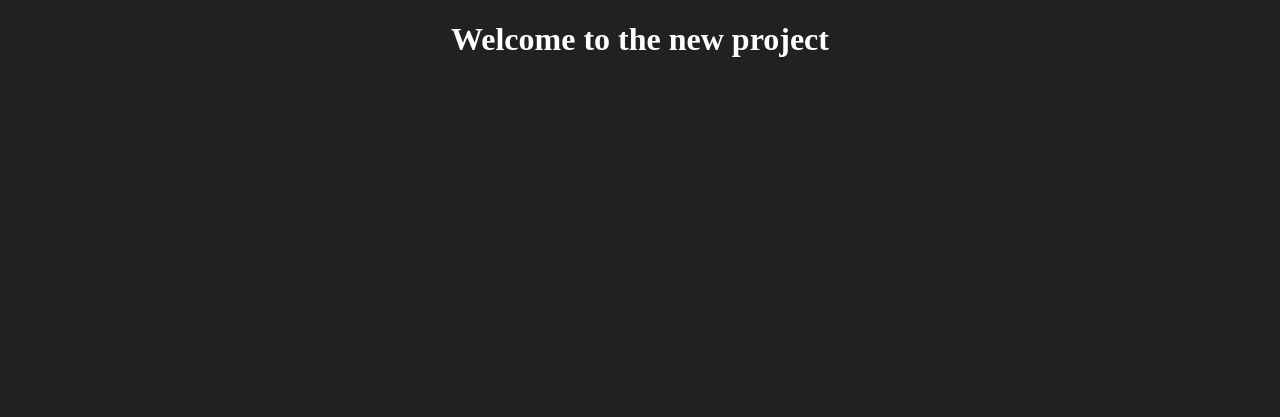
Repository: ghostofweb/spring-and-servlet
Page: http://localhost/sarvlet/
These files come from the project's save history. The page is drawn as it stood at one moment and after the next save; the edit follows.
The browser window is 1280 px wide. The pictures show the whole page.
The page is served by Tomcat 9.

Above is the page before, as saved 2025-06-22 13:33:09.

After the next save:
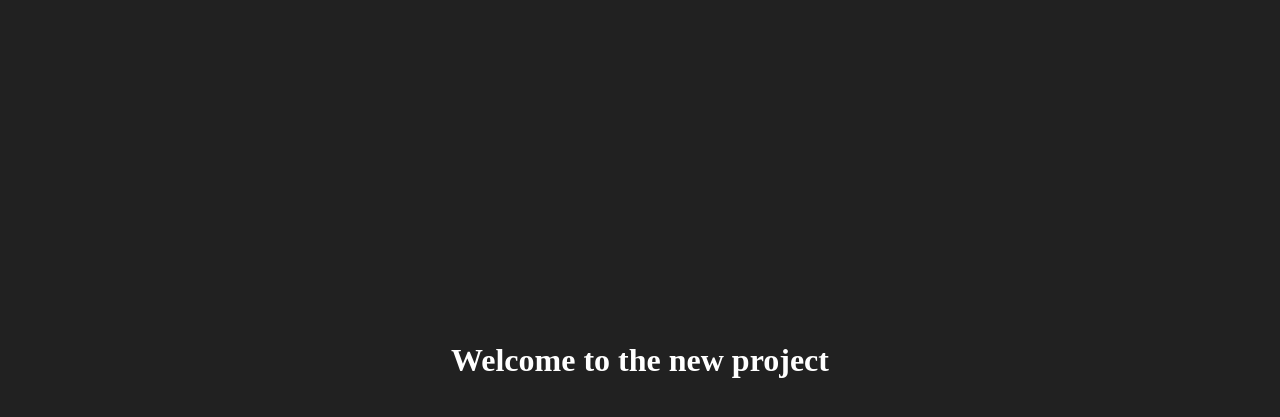
Saved 13 s later.
--- a/sarvlet/src/main/webapp/css/style.css
+++ b/sarvlet/src/main/webapp/css/style.css
@@ -9,4 +9,5 @@ body{
 	display:flex;
 	justify-content:center;
 	align-items:center;
+	height:100vh;
 }
